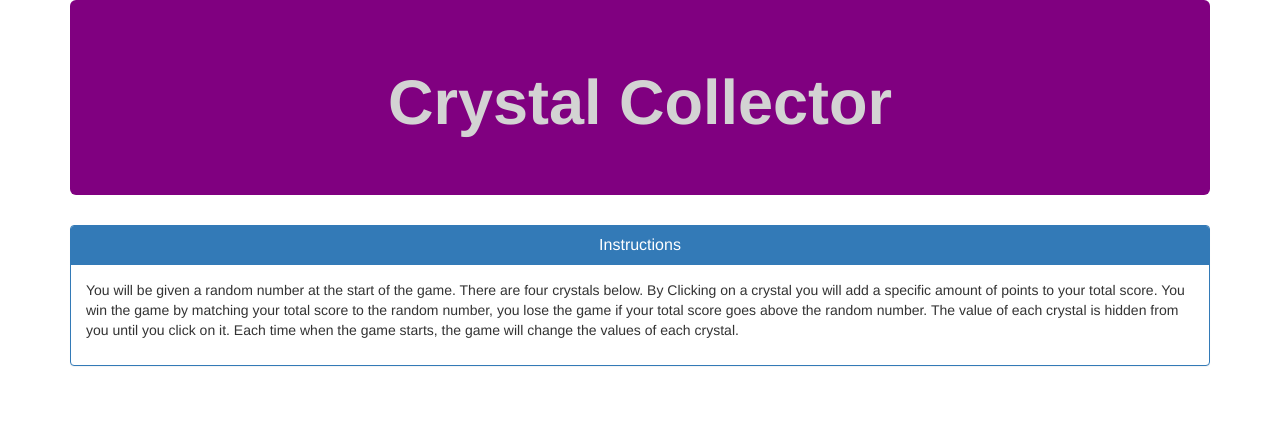
Repository: mikecherry1/week-4-game
Page: index.html
An editor plug-in stored every save of this project. The page is shown before and after the next save, followed by the edit.
The browser window is 1280 px wide. The pictures show the whole page.

Above is the page before, as saved 2017-11-19 18:27:36.

After the next save:
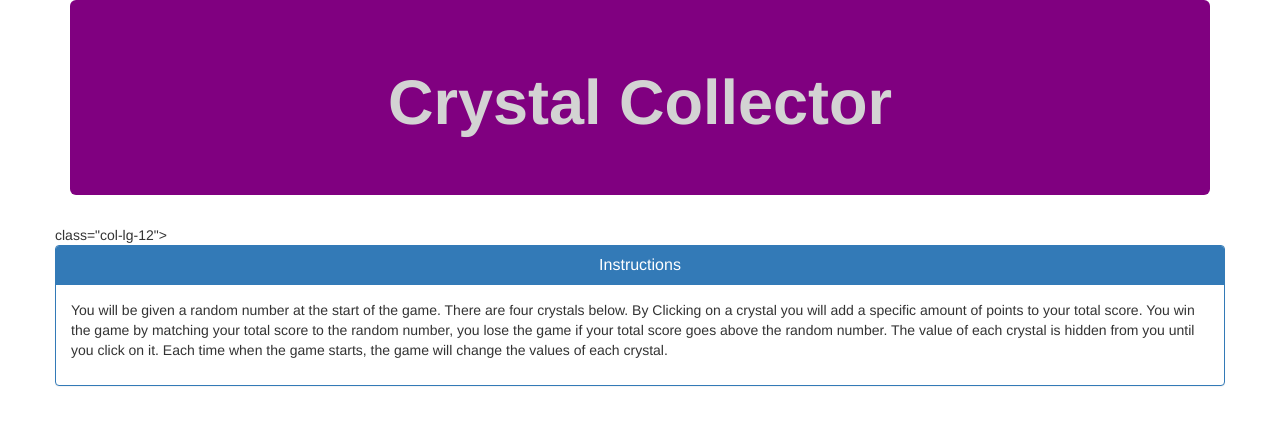
Saved 38 s later.
--- a/index.html
+++ b/index.html
@@ -21,9 +21,7 @@
     </div>
 
     <div class="row">
-
-        <div class="col-lg-12">
-
+ class="col-lg-12">
             <div class="panel panel-primary">
                 <div class="panel-heading">
                     <h3 class="panel-title text-center">Instructions</h3>

After the save that followed:
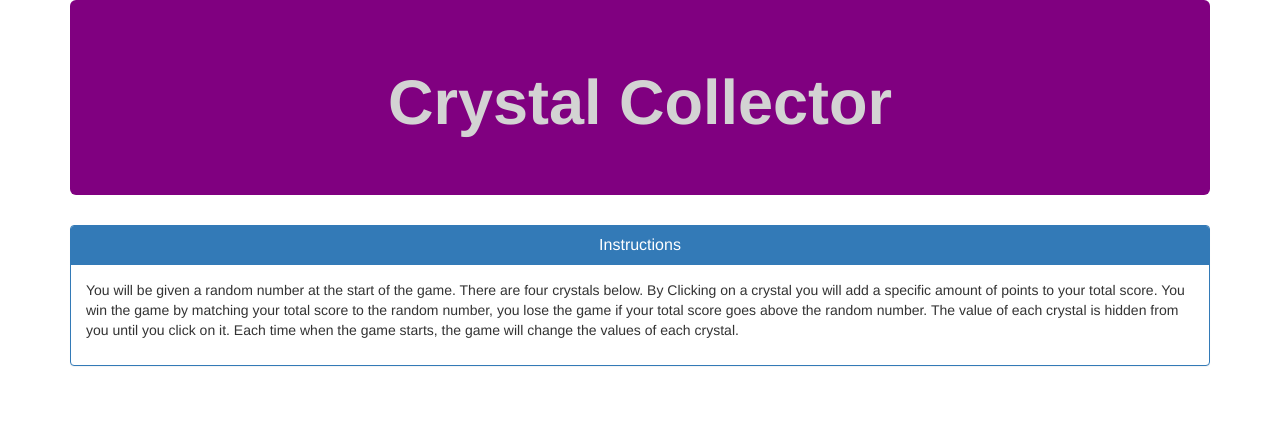
Saved 54 s later.
--- a/index.html
+++ b/index.html
@@ -21,7 +21,7 @@
     </div>
 
     <div class="row">
- class="col-lg-12">
+        <div class="col-lg-12">
             <div class="panel panel-primary">
                 <div class="panel-heading">
                     <h3 class="panel-title text-center">Instructions</h3>
@@ -29,14 +29,8 @@
                 <div class="panel-body">
                     <p>You will be given a random number at the start of the game. There are four crystals below. By Clicking on a crystal you will add a specific amount of points to your total score. You win the game by matching your total score to the random number, you lose the game if your total score goes above the random number. The value of each crystal is hidden from you until you click on it. Each time when the game starts, the game will change the values of each crystal.</p>
             </div>
-
-
         </div>
-
     </div>
-
-
-
     </div>
 
 
